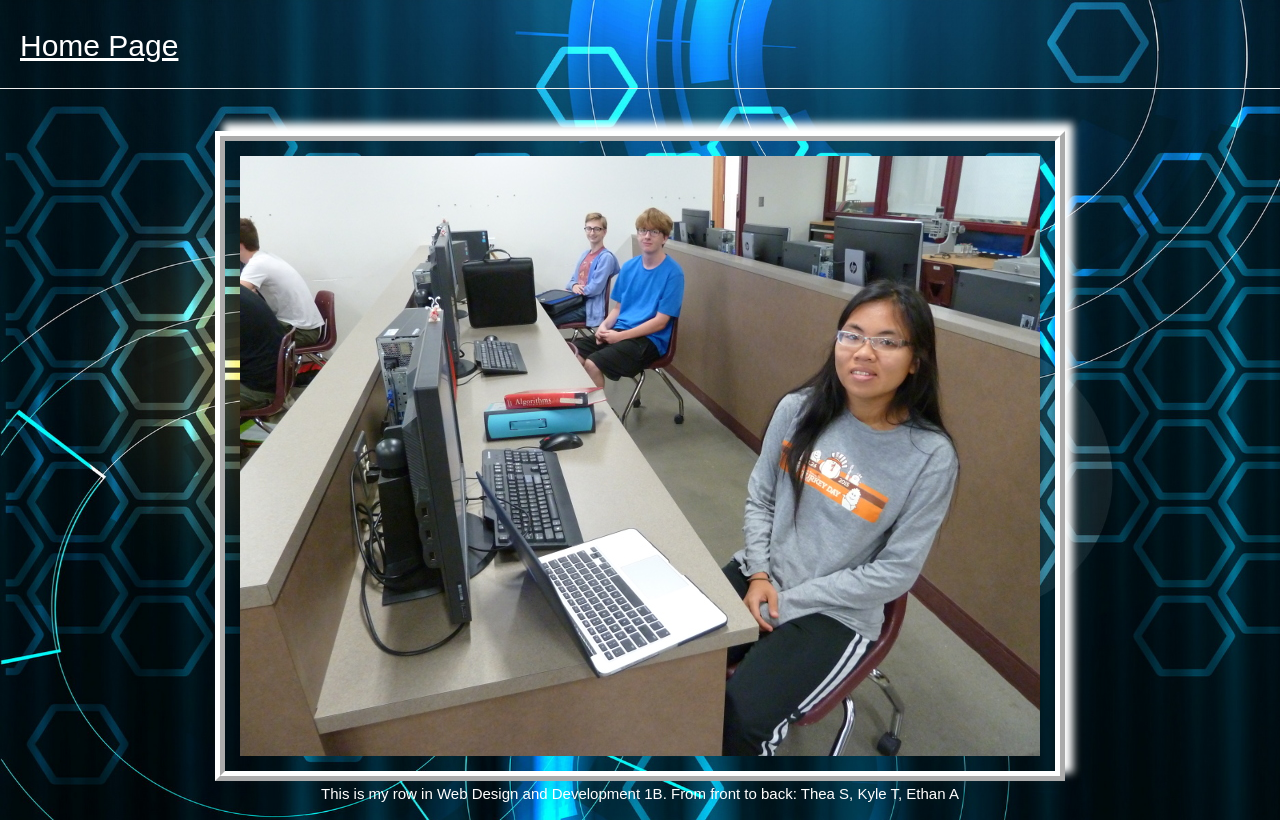
Repository: m-rabbit/b1_sukianto_code
Page: websites/MySchoolDay/pages/pic05.html
These files come from the project's save history. The page is drawn as it stood at one moment and after the next save; the edit follows.
The browser window is 1280 px wide. The pictures show the whole page.

Above is the page before, as saved 2016-10-31 14:14:31.

After the next save:
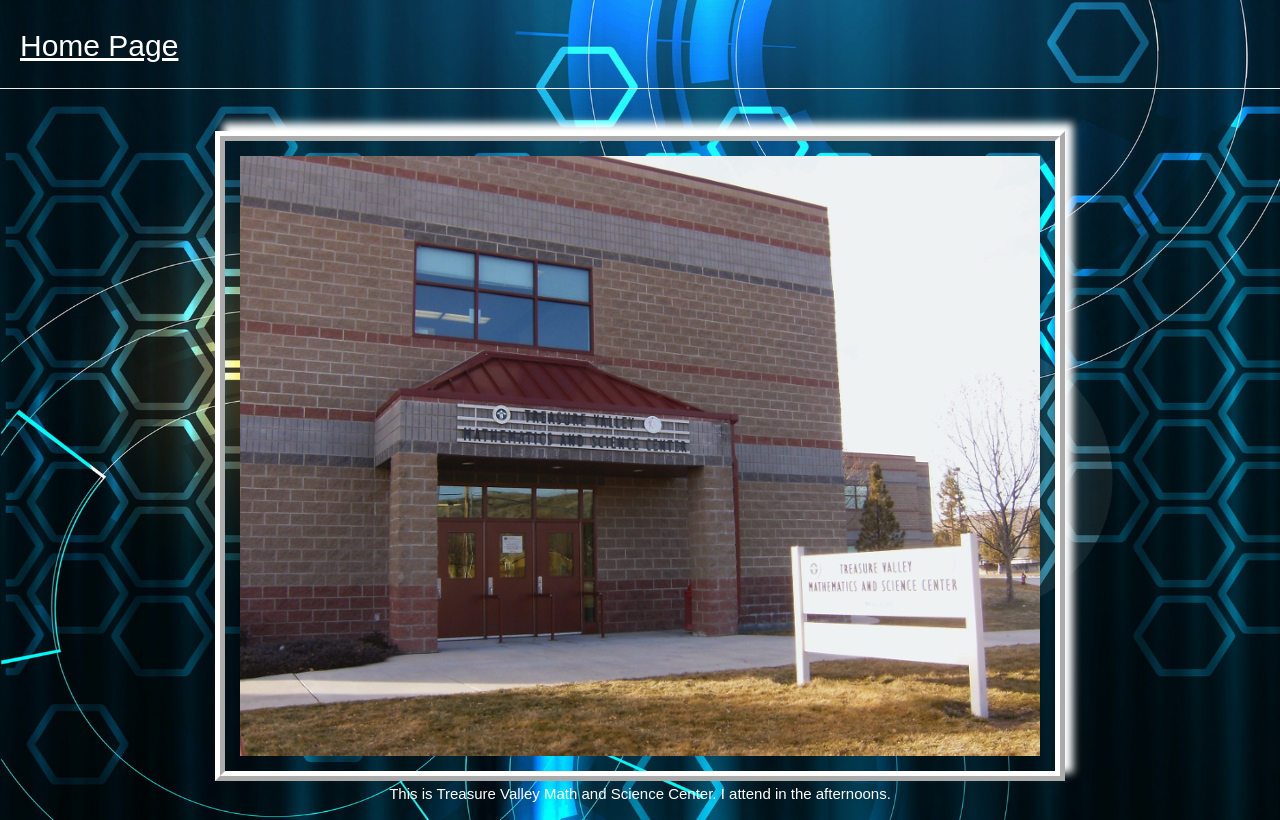
Saved 38 s later.
--- a/websites/MySchoolDay/pages/pic05.html
+++ b/websites/MySchoolDay/pages/pic05.html
@@ -4,7 +4,7 @@
 
 	<head>
 		<meta charset="UTF-8">
-		<title>Web Design Row</title>
+		<title>TVMSC</title>
 		<link rel="stylesheet" type="text/css" href="../css/w3.css">
 		<link rel="stylesheet" type="text/css" href="../css/school.css">
 		<script src="../js/jquery-3.1.0.min.js"></script>
@@ -29,12 +29,12 @@
 
 		<div align="center">
 
-			<img class="piccenter" src="../images/row_800.JPG" alt="row">
+			<img class="piccenter" src="../images/tvmsc_800.jpg" alt="tvmsc">
 
 		</div>
 
 		<div style= "width:70%;margin:auto">
 
-		<div style="text-align: center">This is my row in Web Design and Development 1B. From front to back: Thea S, Kyle T, Ethan A</p>
+		<div style="text-align: center">This is Treasure Valley Math and Science Center. I attend in the afternoons.</p>
 		</div>
 	</body>
